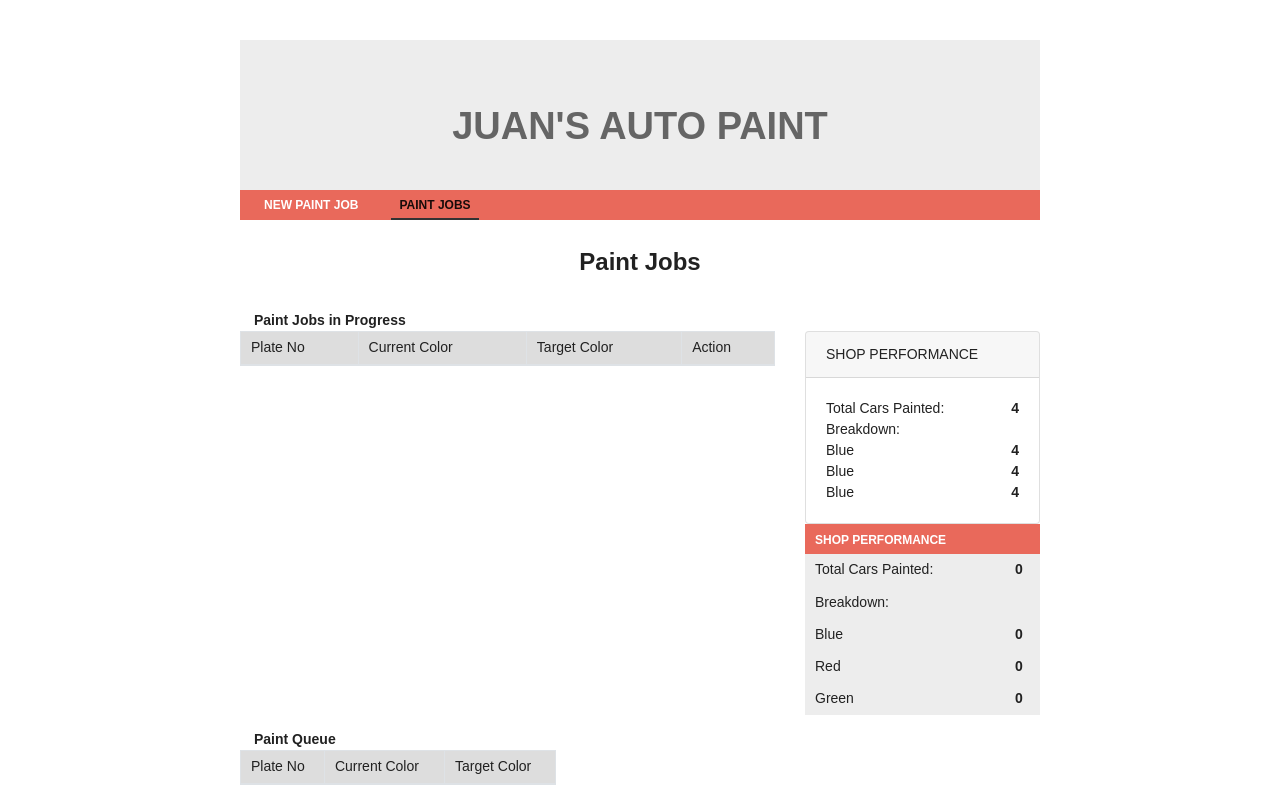
Repository: soycaringal/paint-job
Page: http://localhost/jobs
An editor plug-in stored every save of this project. The page is shown before and after the next save, followed by the edit.
The browser window is 1280 px wide. The pictures show the whole page.
The page is served by the project's Laravel application, run on PHP 8.4 with Laravel 8. Queries for data that is not in the repository find no rows.

Above is the page before, as saved 2020-02-23 20:01:06.

After the next save:
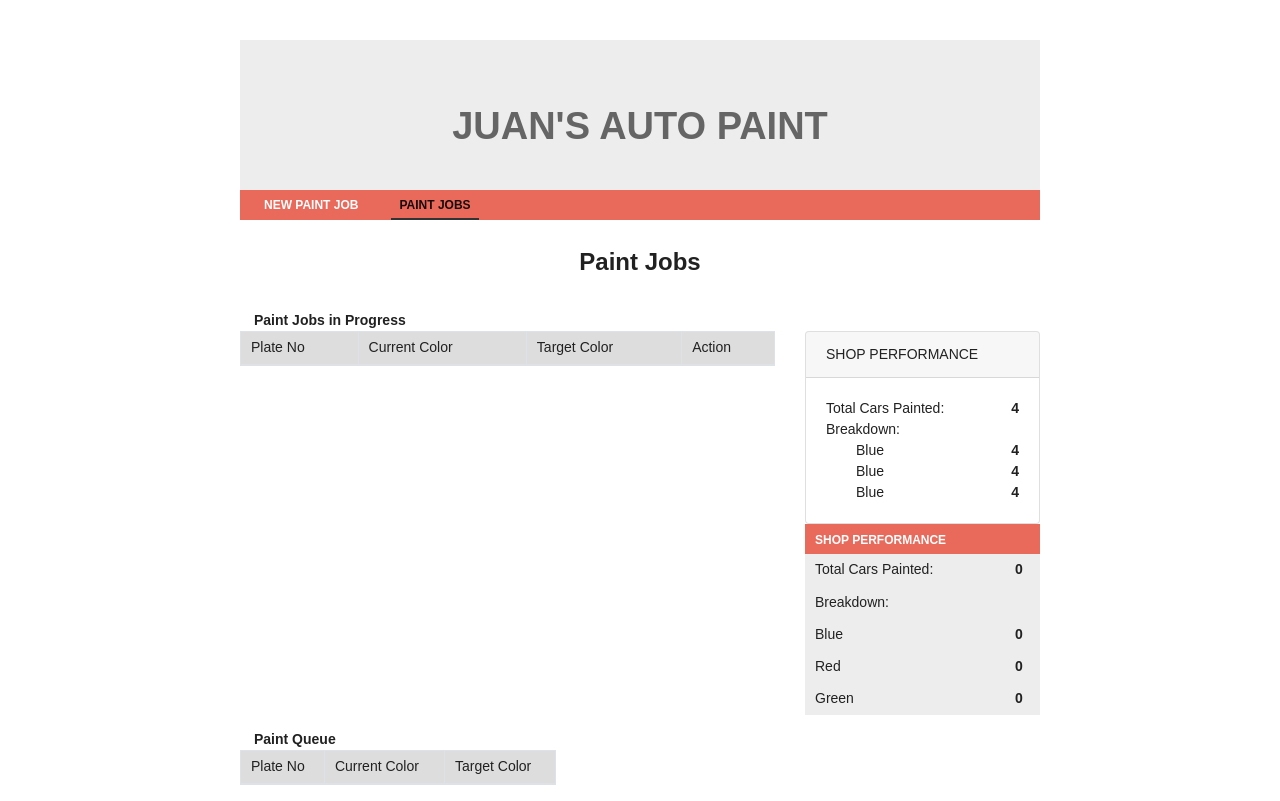
Saved 47 s later.
--- a/public/css/main.css
+++ b/public/css/main.css
@@ -147,3 +147,7 @@ header h1 {
     float: right;
     font-weight: bold;
 }
+
+.paint-jobs-content .car-colors {
+    margin-left: 30px;
+}
